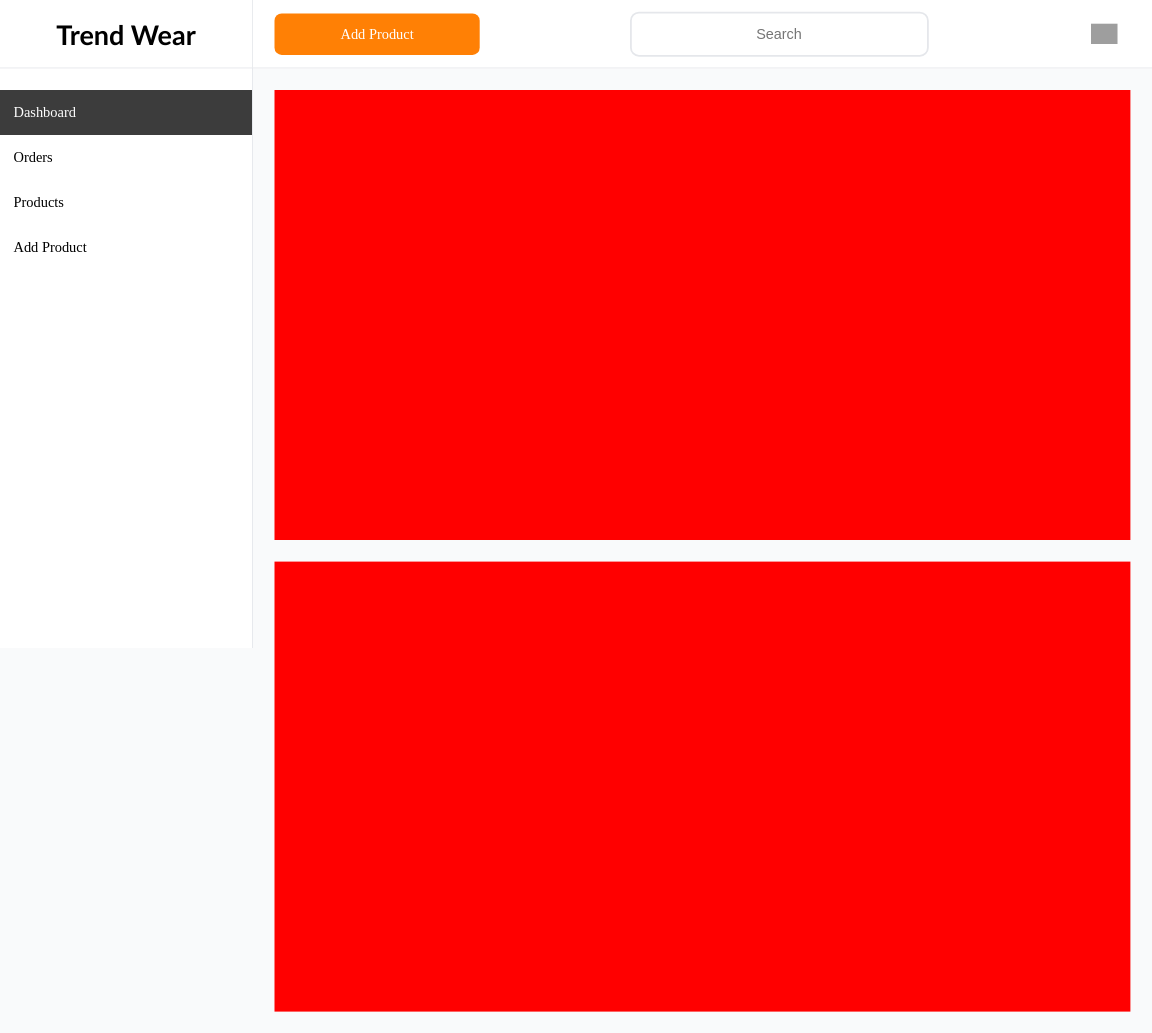
Repository: ahmad-dev7/TrendWear
Page: / (app in trend_wear_dashboard/)
These files come from the project's save history. The page is drawn as it stood at one moment and after the next save; the edit follows.
The browser window is 1280 px wide. The pictures show the whole page, at 90% of full size.
Pictures or frames that could not be fetched are drawn as grey boxes. The project was rebuilt for these pictures with package versions that can differ from the ones it lists, and the page was loaded fresh each time. Also part of the build but not shown: trend_wear_dashboard/vite.config.ts.

Above is the page before, as saved 2025-01-19 20:05:24.

### trend_wear_dashboard/index.html
<!doctype html>
<html lang="en">

<head>
  <meta charset="UTF-8" />
  <link rel="icon" type="image/svg+xml" href="/vite.svg" />
  <meta name="viewport" content="width=device-width, initial-scale=1.0" />
  <title>Trend Wear</title>
</head>

<body>
  <div id="root"></div>
  <script type="module" src="/src/main.tsx"></script>
</body>

</html>

### trend_wear_dashboard/src/main.tsx
import { StrictMode } from "react";
import { createRoot } from "react-dom/client";
//import "bootstrap/dist/css/bootstrap.css";
import "./App.css";
import App from "./App.tsx";

createRoot(document.getElementById("root")!).render(
  <StrictMode>
    <App />
  </StrictMode>
);

### trend_wear_dashboard/src/App.css
/* body {
    background-color: #F9FAFB;
    padding: 0px;
    margin: 0px;

}

#parent {
    display: flex;
} */


/* App.css */
body {
    background-color: #F9FAFB;
    padding: 0;
    margin: 0;
}

#parent {
    display: flex;
}

### trend_wear_dashboard/src/App.tsx
import Navbar from "./Navbar/Navbar";
import Sidebar from "./Sidebar/Sidebar";

function App() {
  return (
    <div id="parent">
      <Sidebar />
      <div style={{ flex: 1 }}>
        <Navbar />
        <div id="content-body">{/* Main body content here */}</div>
      </div>
    </div>
  );
}

export default App;

### trend_wear_dashboard/src/Navbar/Navbar.tsx
import "./Navbar.css";

const Navbar = () => {
  return (
    <div>
      <div id="top-navbar">
        <div className="nav-item add-product-button">Add Product</div>
        <input className="nav-item" placeholder="Search" type="text" />
        <img
          src="/public/bell-icon.png"
          alt="Alerts icon"
          className="nav-item icon"
        />
      </div>
      <div id="content-body"></div>
    </div>
  );
};

export default Navbar;

### trend_wear_dashboard/src/Sidebar/Sidebar.tsx
import "./Sidebar.css";
import SidebarContent from "./SidebarContent";

const Sidebar = () => {
  var tabs = ["Dashboard", "Orders", "Products", "Add Product"];

  const handleSelectTab = (tab: string) => {
    console.log(tab);
  };

  return (
    <div id="sidebar">
      <div className="header">Trend Wear</div>
      <ul id="sidebar-content">
        <SidebarContent tabs={tabs} onSelectTab={handleSelectTab} />
      </ul>
    </div>
  );
};

export default Sidebar;

### trend_wear_dashboard/src/Navbar/Navbar.css
#top-navbar {
    display: flex;
    justify-content: space-between;
    align-items: center;
    /* padding: 0 24px; */
    background-color: white;
    height: 75px;
    width: 100%;
    border-bottom: 1px solid #e5e7eb;
}

.nav-item {
    font-size: 16px;
    color: #333;
    text-align: center;
    width: 200px;
    border-radius: 8px;
    padding: 14px;
    text-decoration: none;
}

.add-product-button {
    color: white;
    margin-left: 24px;
    background-color: #ff8005;
}

#top-navbar input {
    border: none;
    outline: 2px solid #e5e7eb;
    flex-grow: 1;
    max-width: 300px;
}

#top-navbar img {
    height: 30px;
    width: 30px;
    margin-right: 24px;
    object-fit: contain;
}

#content-body {
    height: 500px;
    margin: 24px;
    background-color: red;
}

### trend_wear_dashboard/src/Sidebar/sidebar.css
/* Sidebar body
#sidebar {
    background-color: white;
    width: 280px;
    height: 100vh;
    border-right: 1px solid #e5e7eb;
} */

/* Header with title [Trend Wear] */
/* #sidebar .header {
    display: flex;
    justify-content: center;
    align-items: center;
    height: 75px;
    font-size: 30px;
    font-weight: bold;
    font-family: 'Gill Sans', 'Gill Sans MT', Calibri, 'Trebuchet MS', sans-serif;
    padding: 0 24px;
    background-color: white;
    text-align: center;
    border-bottom: 1px solid #e5e7eb;
}

#sidebar-content {
    list-style-type: none;
    margin-top: 24px;
    padding: 0px;
    cursor: pointer;
}

#sidebar-content .tab {
    height: 50px;
    color: black;
    display: flex;
    align-items: center;
    justify-content: flex-start;
    padding-left: 15px;
}

#sidebar-content .active {
    background-color: #3c3c3c;
    color: white;
}

#sidebar-content .tab:hover:not(.active) {
    background-color: #eaeaea;
} */


/* Sidebar.css */
#sidebar {
    background-color: white;
    width: 280px;
    /* Fixed width for the sidebar */
    height: 100vh;
    /* Ensures the sidebar takes full height */
    border-right: 1px solid #e5e7eb;
}

#sidebar .header {
    display: flex;
    justify-content: center;
    align-items: center;
    height: 75px;
    font-size: 30px;
    font-weight: bold;
    font-family: 'Gill Sans', 'Gill Sans MT', Calibri, 'Trebuchet MS', sans-serif;
    background-color: white;
    text-align: center;
    border-bottom: 1px solid #e5e7eb;
}

#sidebar-content {
    list-style-type: none;
    margin-top: 24px;
    padding: 0;
    cursor: pointer;
}

#sidebar-content .tab {
    height: 50px;
    color: black;
    display: flex;
    align-items: center;
    padding-left: 15px;
}

#sidebar-content .active {
    background-color: #3c3c3c;
    color: white;
}

#sidebar-content .tab:hover:not(.active) {
    background-color: #eaeaea;
}

### trend_wear_dashboard/src/Sidebar/SidebarContent.tsx
import "./Sidebar.css";
import { useState } from "react";

interface Props {
  tabs: string[];
  onSelectTab: (tab: string) => void;
}

const SidebarContent = ({ tabs, onSelectTab }: Props) => {
  const [active, setTab] = useState("Dashboard");
  return (
    <>
      {tabs.map((tab) => (
        <li
          key={tab}
          className={"tab " + (tab == active && "active")}
          onClick={() => {
            setTab(tab);
            onSelectTab(tab);
          }}
        >
          {tab}
        </li>
      ))}
    </>
  );
};

export default SidebarContent;

After the next save:
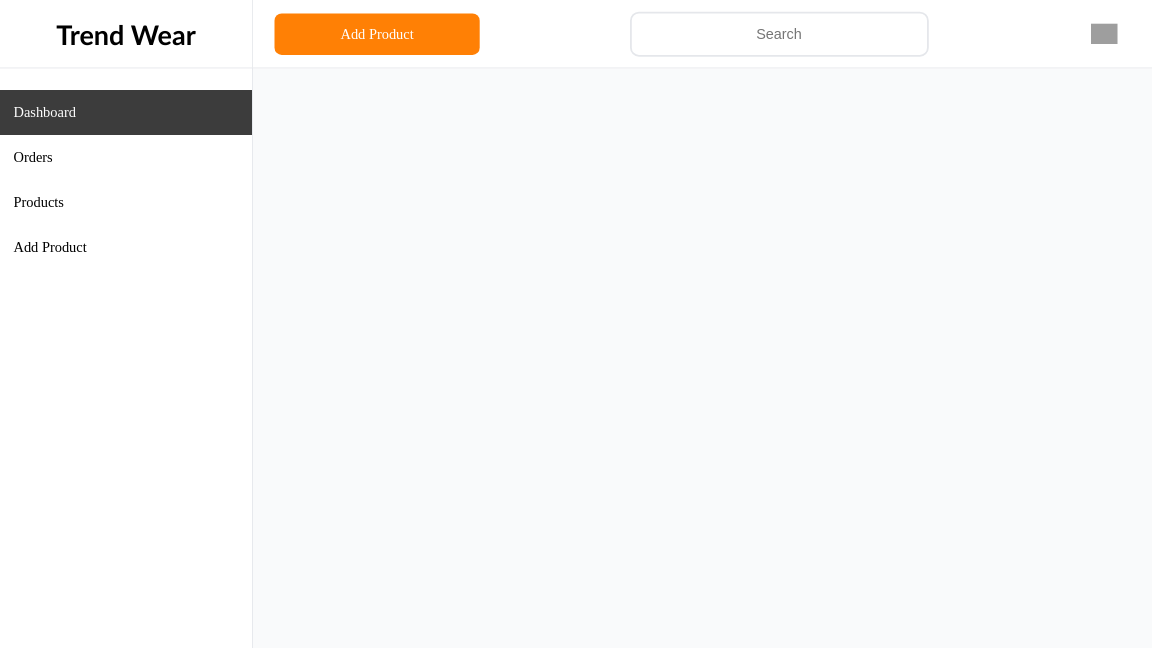
Saved 1 s later.
--- a/trend_wear_dashboard/src/Navbar/Navbar.css
+++ b/trend_wear_dashboard/src/Navbar/Navbar.css
@@ -38,9 +38,3 @@
     margin-right: 24px;
     object-fit: contain;
 }
-
-#content-body {
-    height: 500px;
-    margin: 24px;
-    background-color: red;
-}
